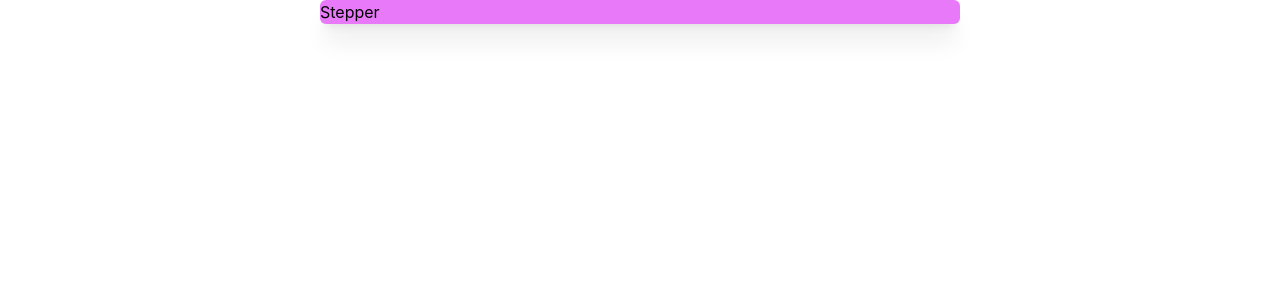
Repository: OmniaRafat232111121/reactstepper
Page: /
The author's editor kept a copy of each file at every save. The page is drawn from the files as they stood at one save, then again after the next save.
The browser window is 1280 px wide. The pictures show the whole page.
The project was rebuilt for these pictures with package versions that can differ from the ones it lists, and the page was loaded fresh each time. Also part of the build but not shown: src/App.css.

Above is the page before, as saved 2023-02-21 16:50:11.

### src/App.js

import './App.css';
import Stepper from './Component/Stepper';
import StepperControl from './Component/StepperControl';
function App() {
  return (
    <div className="md:w-1/2 mx-auto  rounded-md shadow-xl bg-fuchsia-400">
     {/*stepper*/}
     <Stepper/>
     {/*StepperCOntrol*/}
     <StepperControl/>
    </div>
  );
}

export default App;

### src/Component/Stepper.js
import React from 'react'

const Stepper = () => {
  return (
    <div>
      <h1>Stepper</h1>
    </div>
  )
}

export default Stepper

### src/Component/StepperControl.js
import React from 'react'

const StepperControl = () => {
  return (
    <div>
      <h1></h1>
    </div>
  )
}

export default StepperControl

Loaded but not shown: public/index.html (common file); src/index.js (common file); src/index.css (common file); tailwind.config.js (common file)

After the next save:
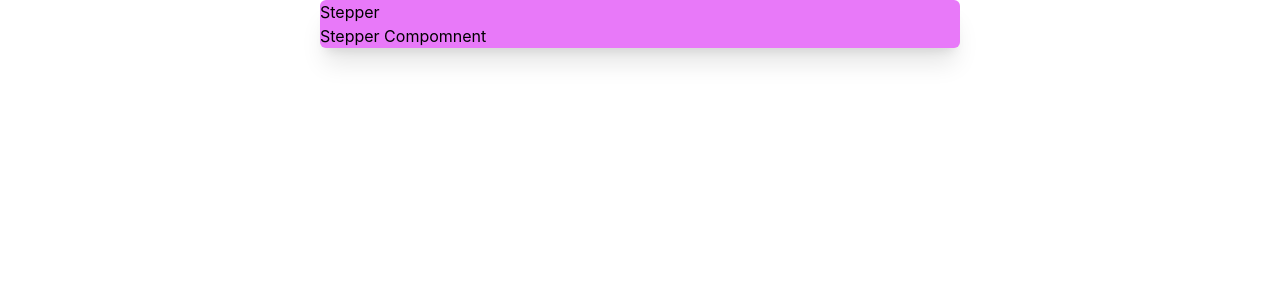
Saved 6 s later.
--- a/src/Component/StepperControl.js
+++ b/src/Component/StepperControl.js
@@ -3,7 +3,7 @@ import React from 'react'
 const StepperControl = () => {
   return (
     <div>
-      <h1></h1>
+      <h1>Stepper Compomnent</h1>
     </div>
   )
 }
